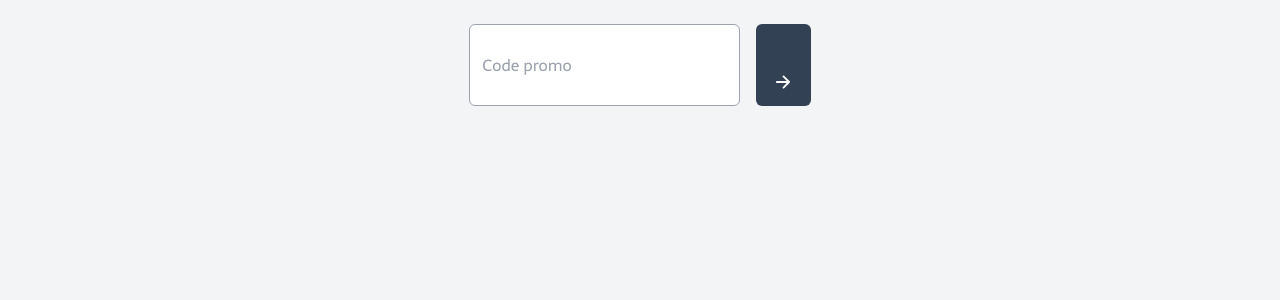
Repository: darlino/gotyu_shopify_section
Page: reduction_input210223/index.html
These files come from the project's save history. The page is drawn as it stood at one moment and after the next save; the edit follows.
The browser window is 1280 px wide. The pictures show the whole page.
Some web libraries are served in a nearby version.

Above is the page before, as saved 2023-02-21 22:01:56.

After the next save:
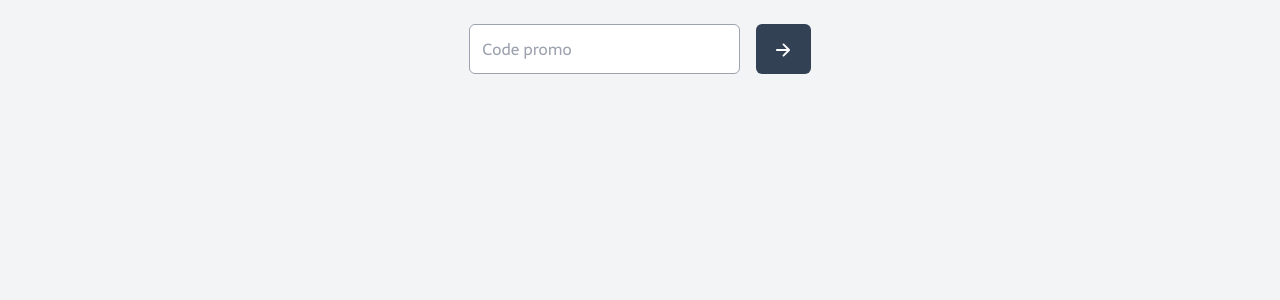
Saved 4 s later.
--- a/reduction_input210223/index.html
+++ b/reduction_input210223/index.html
@@ -40,7 +40,7 @@
             >
               <ion-icon
                 name="arrow-forward-outline"
-                class="text-xl bg-none text-white mt-10"
+                class="text-xl bg-none text-white mt-2"
               ></ion-icon>
             </button>
           </div>
